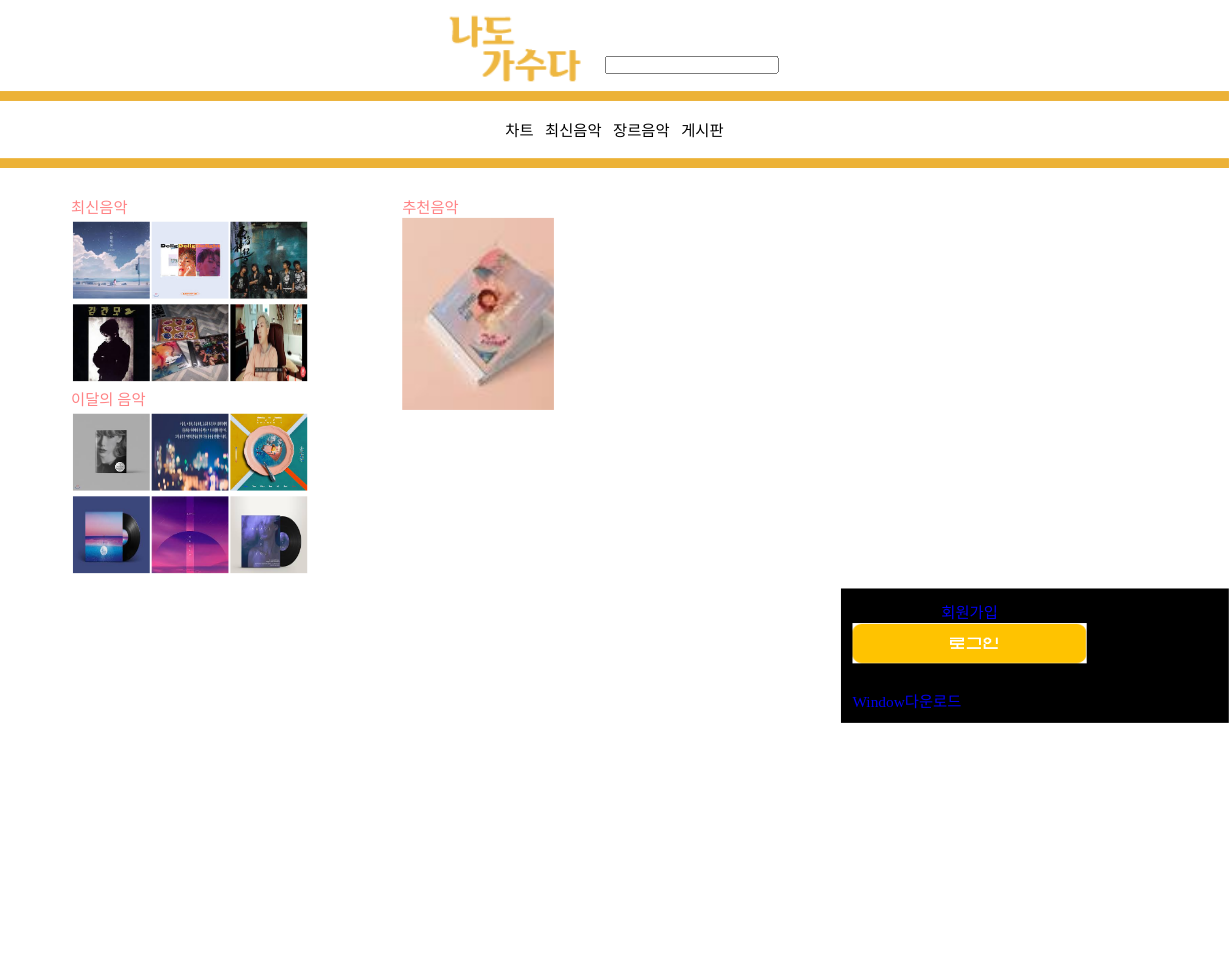
Repository: Ea-Bell/GraduationPortfolio
Page: http://localhost/WebTest/webTest/View/login/index.jsp
The author's editor kept a copy of each file at every save. The page is drawn from the files as they stood at one save, then again after the next save.
The browser window is 1280 px wide. The pictures show the whole page, at 96% of full size.
The page is served by Tomcat 9. Nobody is signed in. The application's start-up code is not run. Other server files are loaded and not shown.

Above is the page before, as saved 2020-09-25 13:25:10.

### WEB_Server/WebTest/WebContent/webTest/View/login/index.jsp
<%@ page language="java" contentType="text/html; charset=UTF-8"
	pageEncoding="UTF-8"%>
<%@ taglib prefix="c" uri="http://java.sun.com/jsp/jstl/core"%>
   <%@ page import="java.io.File" %>
<!DOCTYPE html>
<html>
<head>

<link rel="stylesheet" type="text/css"
	href="/webTest/Model/mainForm/mainForm.css" />
<script type="text/javascript" src="/webTest/Model/mainForm/mainForm.js"></script>

<meta charset="UTF-8">
<title>회원제 게시판 예시</title>
</head>
<body>

<header>
	<div align="center">

		<form action="mainForm.jsp" method="post">
			<!-- 헤더 -->

				<a href="/index" style="background: white;">
					 <img src="/webTest/img/logo.png"
					 style="position: relative; top: 15px; left: 0px; width: 140px; width:140px"></a>
					  <input type="text" onclick=""
					style="position: relative; left: 20px;">
				&nbsp;&nbsp;&nbsp;&nbsp;&nbsp; <br>
				<br>

				<hr id="head_line" size="10px" color="#ECB237">

				<br> <a href="" onmouseover="TextMover()"
					onmouseout="TextMount()" id="nav" style="color: black;">차트</a>

				&nbsp; <a href="/fileList" onmouseover="TextMover2()"
					onmouseout="TextMount2()" id="nav2" style="color: black;">최신음악</a>
				&nbsp; <a href="" onmouseover="TextMover3()"
					onmouseout="TextMount3()" id="nav3" style="color: black;">장르음악</a>
						&nbsp; <a href="/ListArticle"  id="nav3" style="color: black;">게시판</a>
				<br>
				<br>
		</form>


	</div>
</header>
		<hr id="head_line" size="10px" color="#ECB237">
		<br>
		<div id="leftblank" style="height:800px; width: 5%; float:left;" >
		</div>
	<!-- 콘텐츠 -->
	<div class="content" style="width:70%; float:left;">

		<div id="content"  style="padding:10px; width: 55%;  float: left;" >

<div style="float: left; width: 30%;">
			<table >
	<tr><span style="color: #ff8385">최신음악</span></tr>
	<tr>
		<td><img  src="/webTest/img/newchart/다운로드.jpg" style="height: 80px; width: 80px;">	</td>
		<td><img  src="/webTest/img/newchart/다운로드 (1).jpg" style="height: 80px; width: 80px;">	</td>
		<td><img  src="/webTest/img/newchart/다운로드 (2).jpg" style="height: 80px; width: 80px;">	</td>
	</tr>
		<tr>
		<td><img  src="/webTest/img/newchart/다운로드 (3).jpg" style="height: 80px; width: 80px;">	</td>
		<td><img  src="/webTest/img/newchart/다운로드 (4).jpg" style="height: 80px; width: 80px;">	</td>
		<td><img  src="/webTest/img/newchart/다운로드 (5).jpg" style="height: 80px; width: 80px;">	</td>
	</tr>
			</table>
					<table >
	<tr><span style="color: #ff8385">이달의 음악</span></tr>
	<tr>
		<td><img  src="/webTest/img/newchart/다운로드 (6).jpg" style="height: 80px; width: 80px;">	</td>
		<td><img  src="/webTest//img/newchart/다운로드 (7).jpg" style="height: 80px; width: 80px;">	</td>
		<td><img  src="/webTest/img/newchart/다운로드 (8).jpg" style="height: 80px; width: 80px;">	</td>
	</tr>
		<tr>
		<td><img  src="/webTest/img/newchart/다운로드 (9).jpg" style="height: 80px; width: 80px;">	</td>
		<td><img  src="/webTest/img/newchart/다운로드 (10).jpg" style="height: 80px; width: 80px;">	</td>
		<td><img  src="/webTest/img/newchart/다운로드 (11).jpg" style="height: 80px; width: 80px;">	</td>
	</tr>
			</table>

</div>
<div>
<!-- 가운데 컨텐츠 삽입용 -->
</div>
<div style="float: right; width: 30%">

			<span style="color: #ff8385">추천음악</span><br>
		<img  src="/webTest/img/newchart/다운로드 (16).jpg" style="height: 200px; width:200px;">

</div>


</div>



	<!-- 바텀 -->
	<div align="center">


	</div>
</div>

	<div style="padding:10px; width: 30%; float: right; background: black;">
		<section id="main_section">
			<article class="main_article"></article>
		</section>
		<!-- 메인 섹션 건들지 말것. -->

		<aside id="main_aside">

			<table border="0">
				<tr>
					<td><c:if test="${empty authUser }">
							<div align="center"><a href=""></a> <a href="/signUp">회원가입</a></div>
							<a href="/Login" ><img alt="" src="/webTest/img/login/login.png" style="height: 42px; width: 244px;"></a>
							<br>

						</c:if> <c:if test="${!empty authUser}">
				${authUser.nickname}님, 안녕하세요.<br />
							<a href="/LogoutHandler">[로그아웃하기]</a>
							<a href="/changePwdForm">[암호변경하기]</a>
							<a href="/fileUpLoad">[마이페이지]</a>
						</c:if></td>
				</tr>
			</table>

			<br>
			<table>
				<tr>
					<td style="border: 1px">
				<a href="/나는가수다.msi" download=>Window다운로드</a>
					</td>

				</tr>
			</table>

		</aside>
		</div>
<!-- 		<div id="rightblank" style="height:800px; width: 10%; float:left;">
		</div> -->
</body>
</html>

### WEB_Server/WebTest/WebContent/webTest/Model/mainForm/mainForm.css
@charset "UTF-8";
body{
	position: relative;
}

*{ margin:0; padding :0;}

img{border: 0; width:16px ; height: 16 px;}


#content{
	/* 중앙 정렬*/
	width: 960px;

	/* 수평 레이아웃 구성 */
	overflow: hidden;
}
#content > #main_section
{
	width: 650px;
	float: left;			/* 왼쪽에 붙입니다*/
}

#content > #main_aside{
	height:30%;
	width : 25%;
	float: right;           /*오른쪽에 붙입니다.*/
	margin-bottom: 20px;
	padding: 10px;

	color: #ff8000;


}



#content > #main_bside{

	width : 30%;
	height:0%;
	float: left;           /*왼쪽에 붙입니다.*/
	margin-bottom: 20px;
	padding: 10px;


}
#content > #main_cside{
	width :70%;
	height: 0%;
	float: none;           /*가운데에 붙입니다.*/
	margin-bottom: 20px;
	padding: 10px;
	border: 1px solid #e4e4e4;
	color: #ff8000;
	background-color:ff8000;
}

#textcolor{
	border: 1px solid #e4e4e4;
	color: #ff8000;
	background-color:ff8000;
}

#hr
{

}
#nav
{
	 font-family: ""
}
#winFont{
	font-family: "돋음";
	color: #1A1A1A;
}
a {
  text-decoration: none;
}

### WEB_Server/WebTest/WebContent/webTest/Model/mainForm/mainForm.js
/**
 *
 */

//문자나 이미지가 밖으로 나갔을경우
function TextMover() {
	var dama = document.getElementById('nav');
	dama.style.color="Red";
}
function ImgMover() {

}
function TextMover2() {
	var dama = document.getElementById('nav2');
	dama.style.color="Red";
}
function TextMover3() {
	var dama = document.getElementById('nav3');
	dama.style.color="Red";
}
//문자나 이미지가 밖으로 갔을경우
function TextMount() {
	var dama = document.getElementById('nav');
	dama.style.color="Black";
}
function TextMount2() {
	var dama = document.getElementById('nav2');
	dama.style.color="Black";
}
function TextMount3() {
	var dama = document.getElementById('nav3');
	dama.style.color="Black";
}
function ImgMount() {

}

After the next save:
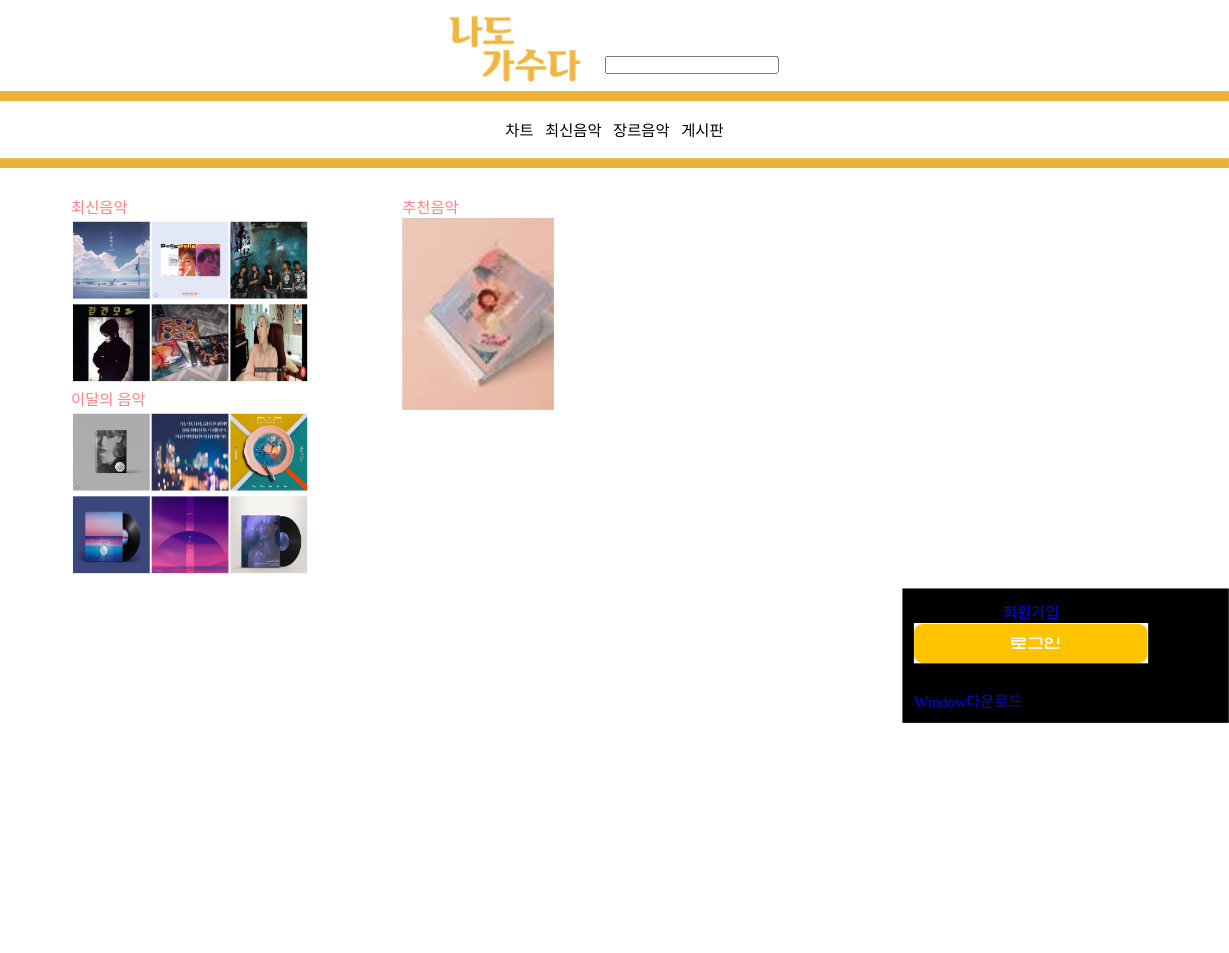
Saved 13 s later.
--- a/WEB_Server/WebTest/WebContent/webTest/View/login/index.jsp
+++ b/WEB_Server/WebTest/WebContent/webTest/View/login/index.jsp
@@ -106,7 +106,7 @@
 	</div>
 </div>
 
-	<div style="padding:10px; width: 30%; float: right; background: black;">
+	<div style="padding:10px; width: 25%; float: right; background: black;">
 		<section id="main_section">
 			<article class="main_article"></article>
 		</section>
